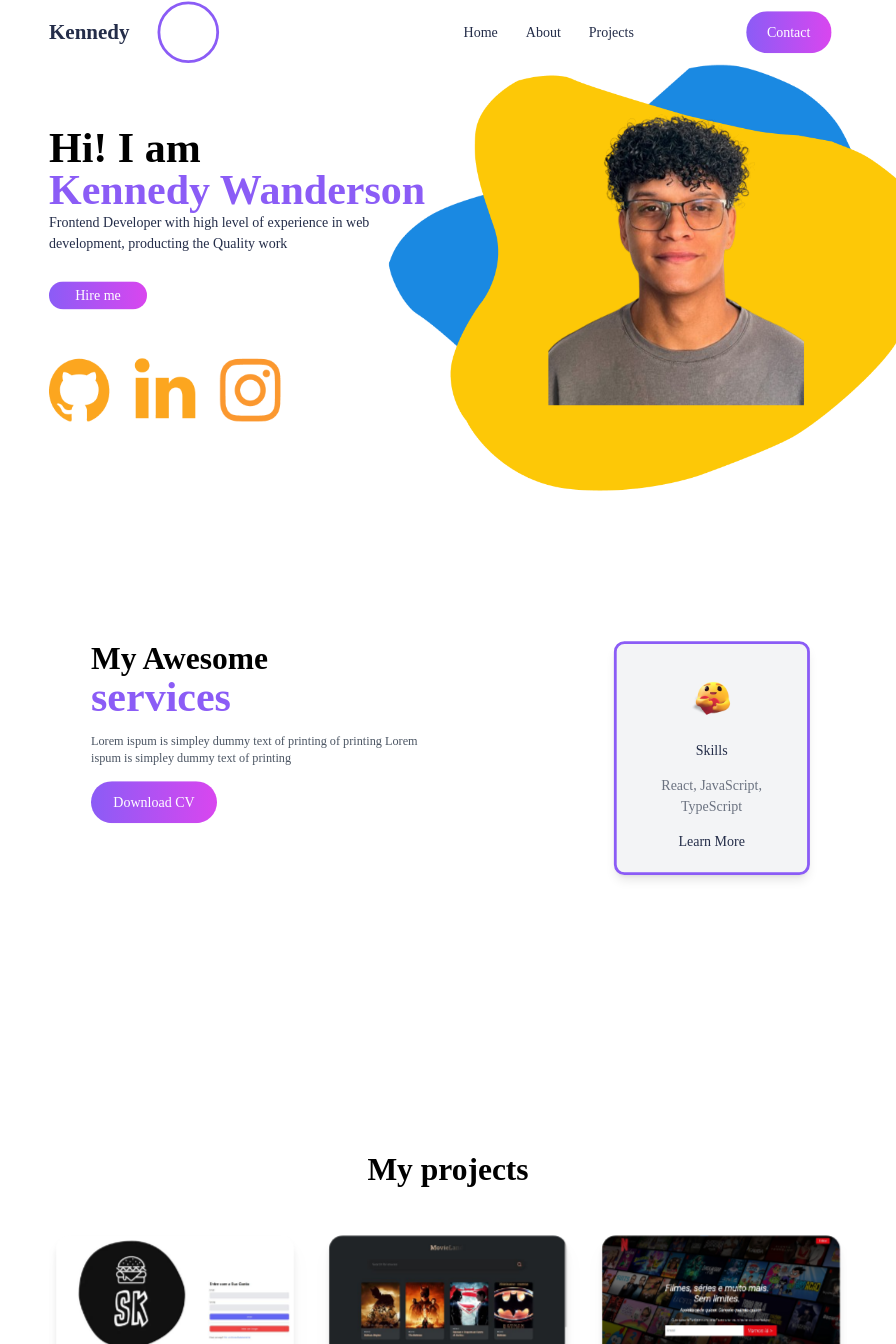
Repository: KennedyWanderson/portfolio
Page: /
An editor plug-in stored every save of this project. The page is shown before and after the next save, followed by the edit.
The browser window is 1280 px wide. The pictures show the part of the page from y = 0 to 1920 px (the page is 3202 px tall), at 70% of full size.
Some web fonts or font styles are not loaded; a fallback is used. The project was rebuilt for these pictures with package versions that can differ from the ones it lists, and the page was loaded fresh each time. Imported but missing from the stored project, and not drawn on this page: src/Components/Services/Kennedy_CV.pdf.

Above is the page before, as saved 2024-01-20 11:12:45.

After the next save:
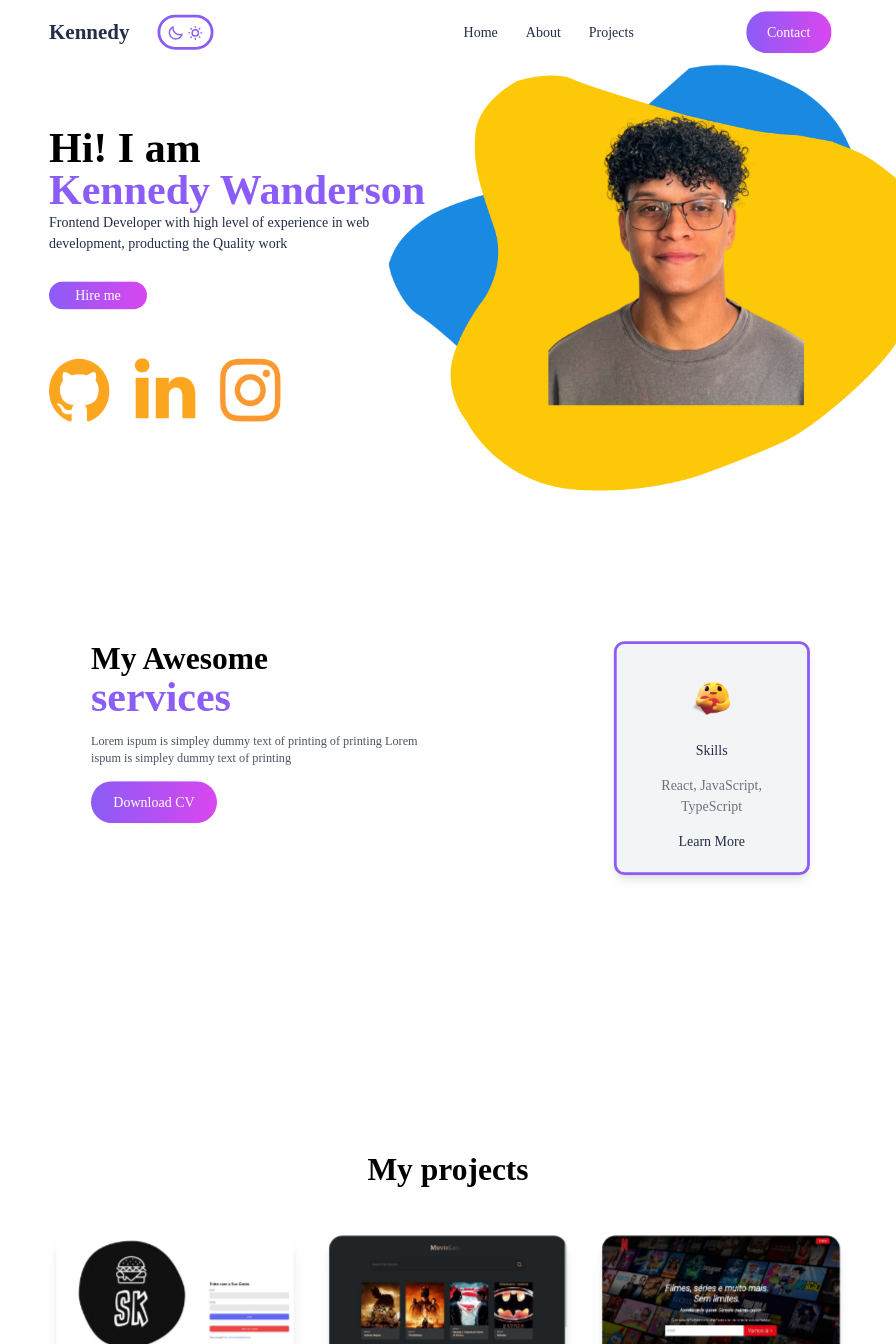
Saved 7 s later.
--- a/src/Components/Toggle/Toggle.jsx
+++ b/src/Components/Toggle/Toggle.jsx
@@ -4,7 +4,7 @@ import Moon from '@iconscout/react-unicons/icons/uil-moon'
 
 const Toggle = () => {
     return (
-        <div className="flex justify-between rounded-full border-4 border-violet-500 relative p-8 cursor-grab
+        <div className="flex justify-between rounded-full border-4 border-violet-500 relative p-2 cursor-grab
         w-16 h-10 text-violet-500">
                 <Moon />
                 <Sun />
